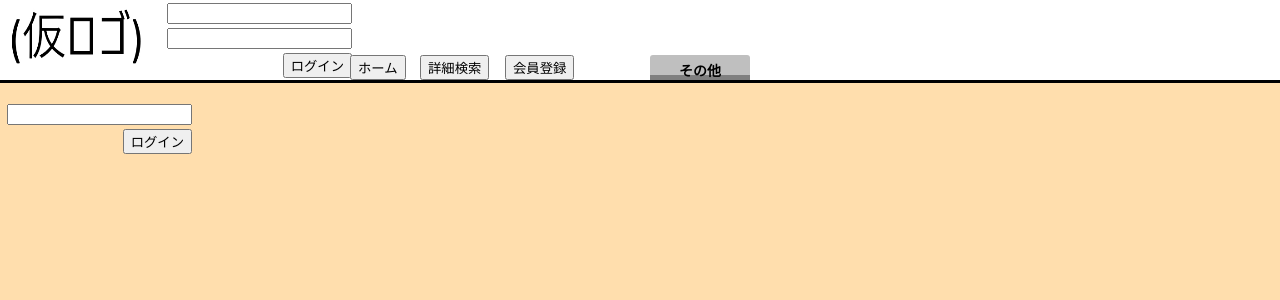
Repository: k0816/backup-master
Page: http://localhost/cycle/
An editor plug-in stored every save of this project. The page is shown before and after the next save, followed by the edit.
The browser window is 1280 px wide. The pictures show the whole page.
The page is served by Tomcat 9.

Above is the page before, as saved 2018-01-20 09:40:39.

After the next save:
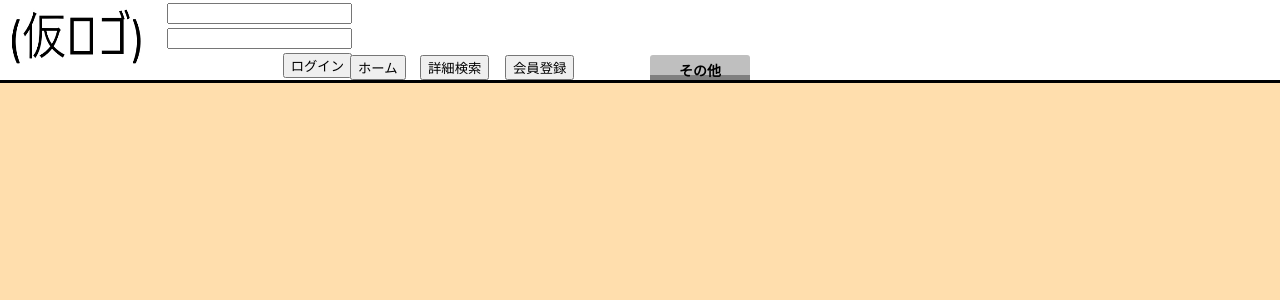
Saved 65 s later.
--- a/cycle/WebContent/home.jsp
+++ b/cycle/WebContent/home.jsp
@@ -25,15 +25,5 @@
 		<s:property value="#session.loginUser.getUserId()" />
 
 
-
-  <s:form action="UserInfoAction">
-  <s:textfield name="userId"/>
-  <s:submit value="ログイン"/>
-  </s:form>
-
-
-
-
-
 </body>
 </html>
